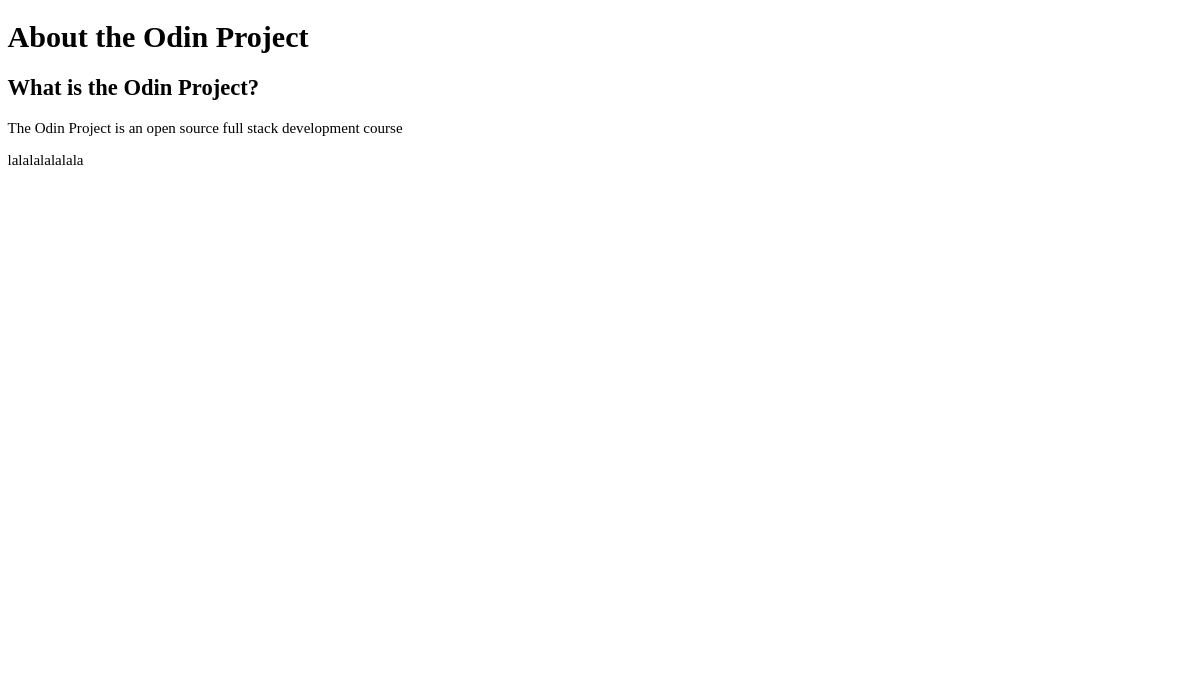
Repository: j0vesday/git_test
Page: root/odin-links-and-images/pages/about.html
An editor plug-in stored every save of this project. The page is shown before and after the next save, followed by the edit.
The browser window is 1280 px wide. The pictures show the whole page, at 94% of full size.

Above is the page before, as saved 2024-09-27 05:37:32.

After the next save:
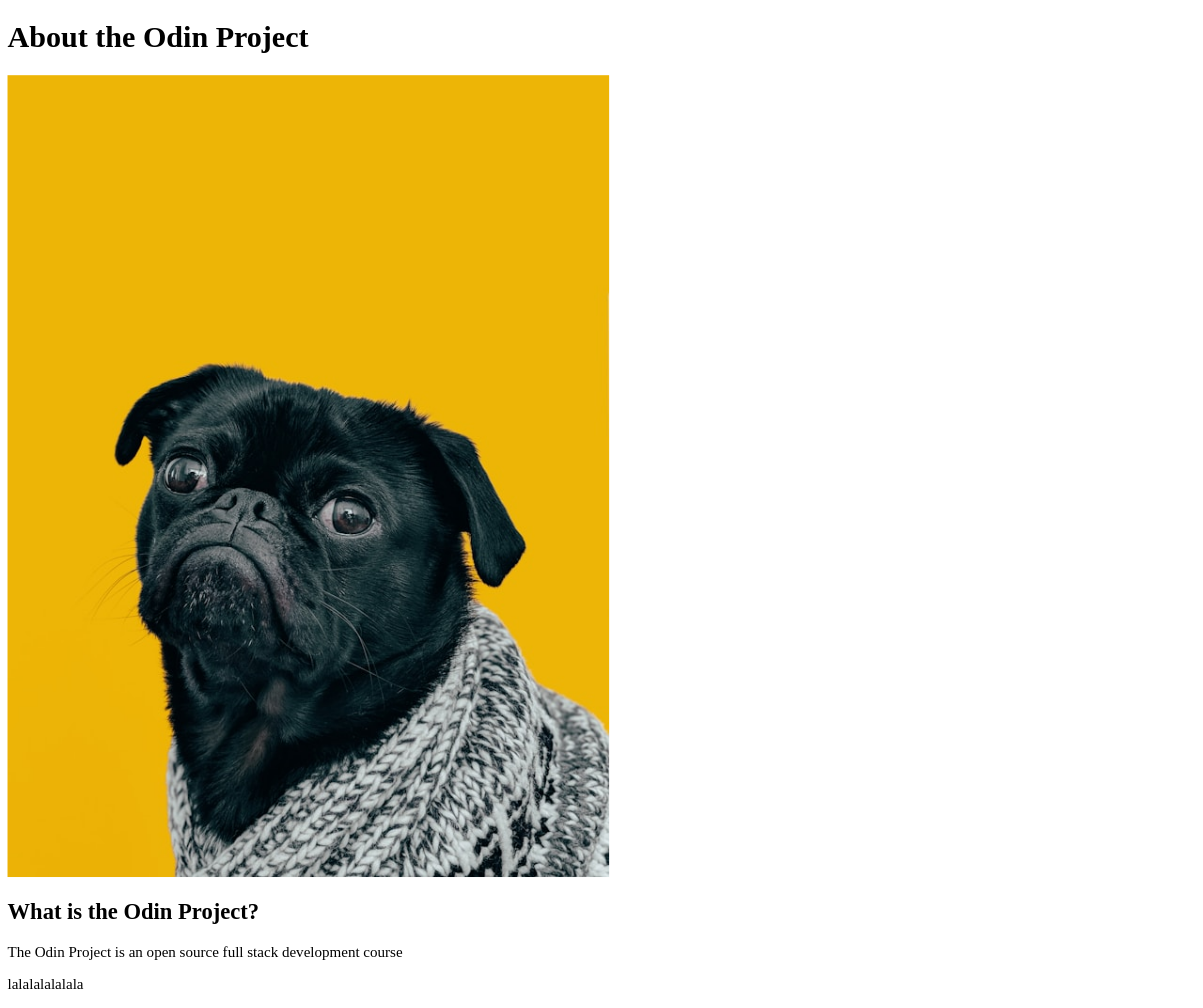
Saved 3 min 56 s later.
--- a/root/odin-links-and-images/pages/about.html
+++ b/root/odin-links-and-images/pages/about.html
@@ -6,6 +6,7 @@
     <meta name="viewport" content="width=device-width, initial-scale=1.0">
     <title>About Page</title>
     <h1> About the Odin Project</h1>
+    <img src="../images/dog.jpg">
 </head>
 <body>
   <h2>What is the Odin Project?</h2>
